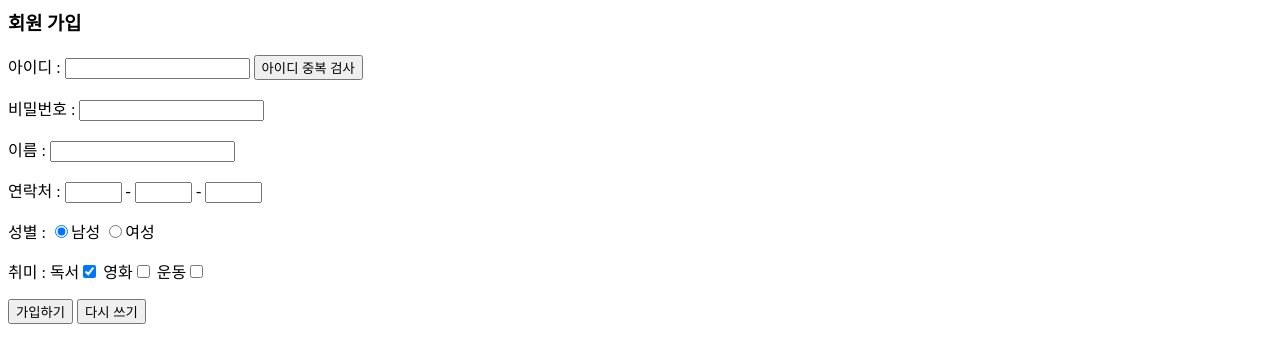
Repository: pojh5090/JspProgramming
Page: http://localhost/JSPBook/ch06/form5.jsp
An editor plug-in stored every save of this project. The page is shown before and after the next save, followed by the edit.
The browser window is 1280 px wide. The pictures show the whole page.
The page is served by Tomcat 9. Other server files are loaded and not shown.

Above is the page before, as saved 2020-04-12 08:00:54.

### JSPBook/WebContent/ch06/form5.jsp
<%@ page language="java" contentType="text/html; charset=UTF-8"
    pageEncoding="UTF-8"%>
<!DOCTYPE html PUBLIC>
<html>
<head>
<meta http-equiv="Content-Type" content="text/html; charset=UTF-8">
<title>Form Processing</title>
</head>
<body>
	<h3>회원 가입</h3>
	<form action="#" name="member" method ="post">
		<p>아이디 : <input type="text" name="id"> <input type="button" value="아이디 중복 검사">
		<p>비밀번호 : <input type="password" name="passwd">
		<p>이름 : <input type="text" name="name">
		<p>연락처 : <input type="text" maxlength="4" size="4" name="phone1"> - <input type="text" maxlength="4" size="4" name="phone2"> -
		  <input type="text" maxlength="4" size="4" name="phone3">
		 <p> 성별 : <input type="radio" name="sex" value="남성" checked>남성 <input type="radio" name="sex" value="여성">여성
		 <p> 취미 : 독서<input type="checkbox" name="hobby1" checked>
		 		    영화<input type="checkbox" name="hobby2">
		 		   운동<input type="checkbox" name="hobby3">
		 <p> <input type="submit" value="가입하기">
		 	 <input type="reset" value="다시 쓰기">
	</form>
</body>
</html>

After the next save:
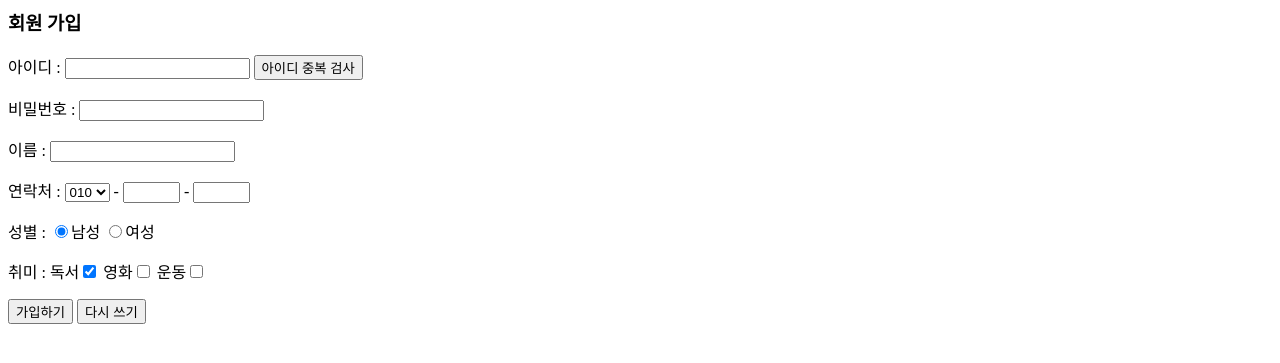
Saved 4 min 30 s later.
--- a/JSPBook/WebContent/ch06/form5.jsp
+++ b/JSPBook/WebContent/ch06/form5.jsp
@@ -12,8 +12,14 @@
 		<p>아이디 : <input type="text" name="id"> <input type="button" value="아이디 중복 검사">
 		<p>비밀번호 : <input type="password" name="passwd">
 		<p>이름 : <input type="text" name="name">
-		<p>연락처 : <input type="text" maxlength="4" size="4" name="phone1"> - <input type="text" maxlength="4" size="4" name="phone2"> -
-		  <input type="text" maxlength="4" size="4" name="phone3">
+		<p>연락처 : <select name="phone1">
+				 <option value="010">010</option>
+				 <option value="011">011</option>
+				 <option value="016">016</option>
+				 <option value="017">017</option>
+				 <option value="018">018</option>
+				 </select>
+				  - <input type="text" maxlength="4" size="4" name="phone2"> - <input type="text" maxlength="4" size="4" name="phone3">
 		 <p> 성별 : <input type="radio" name="sex" value="남성" checked>남성 <input type="radio" name="sex" value="여성">여성
 		 <p> 취미 : 독서<input type="checkbox" name="hobby1" checked>
 		 		    영화<input type="checkbox" name="hobby2">
